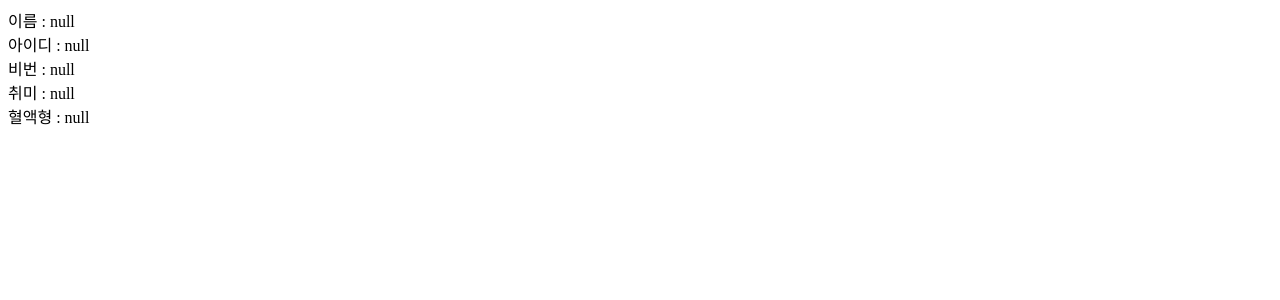
Repository: SimpleRan/jsp_paractice2
Page: http://localhost/JSPBasic/jspobject/request/req_user.jsp
These files come from the project's save history. The page is drawn as it stood at one moment and after the next save; the edit follows.
The browser window is 1280 px wide. The pictures show the whole page.
The page is served by Tomcat 9.

Above is the page before, as saved 2022-03-25 11:16:30.

### JSPBasic/src/main/webapp/jspobject/request/req_user.jsp
<%@page import="java.util.Arrays"%>
<%@ page language="java" contentType="text/html; charset=UTF-8"
    pageEncoding="UTF-8"%>
<!DOCTYPE html>
<%  request.setCharacterEncoding("utf-8");
	String uName = request.getParameter("uname");
	String uId = request.getParameter("uid");
	String uPw = request.getParameter("upw");

	String[] hobby = request.getParameterValues("hobby");// 체크박스는 같은 명칭으로 데이터가 여럿 넘어오므로 배열처리
	String blood = request.getParameter("blood");
	String region = request.getParameter("region");
%>
<html>
<head>
<meta charset="UTF-8">
<title>Insert title here</title>
</head>
<body>
이름 : <%=uName %><br/>
아이디 : <%= uId %><br/>
비번 : <%=uPw %><br/>
취미 : <%=Arrays.toString(hobby) %><br/><%--배열의 경우 Arrays.toString(출력배열)로 나열할 수 있다. --%>
혈액형 : <%=blood %>
</body>
</html>

After the next save:
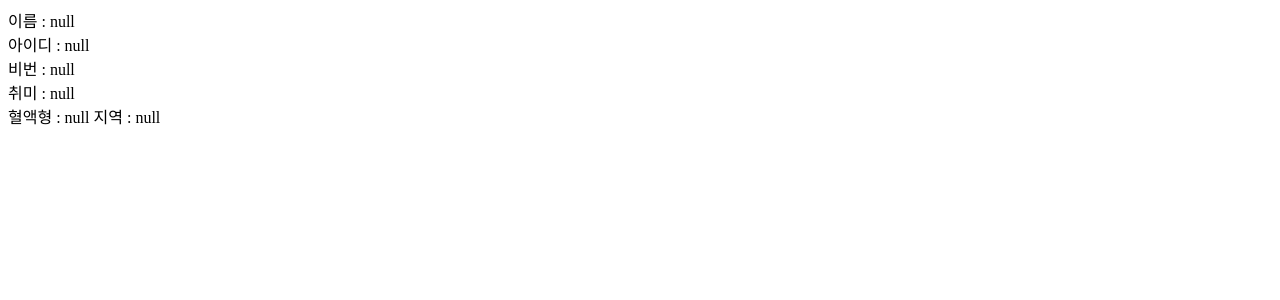
Saved 28 s later.
--- a/JSPBasic/src/main/webapp/jspobject/request/req_user.jsp
+++ b/JSPBasic/src/main/webapp/jspobject/request/req_user.jsp
@@ -22,5 +22,6 @@
 비번 : <%=uPw %><br/>
 취미 : <%=Arrays.toString(hobby) %><br/><%--배열의 경우 Arrays.toString(출력배열)로 나열할 수 있다. --%>
 혈액형 : <%=blood %>
+지역 : <%= region %>
 </body>
 </html>
